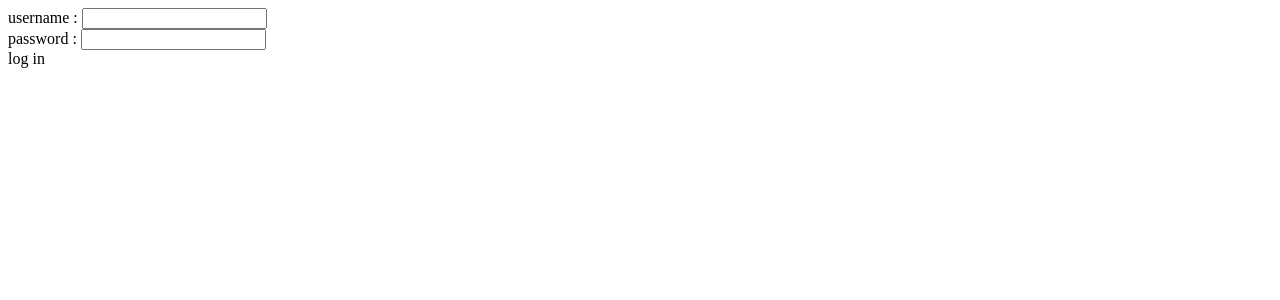
Repository: Aylin-NL/Webtech
Page: webtech1/WebContent/Login.html
An editor plug-in stored every save of this project. The page is shown before and after a run of saves, followed by the edit.
The browser window is 1280 px wide. The pictures show the whole page.

Above is the page before, as saved 2014-09-02 20:25:03.

After the next 2 saves:
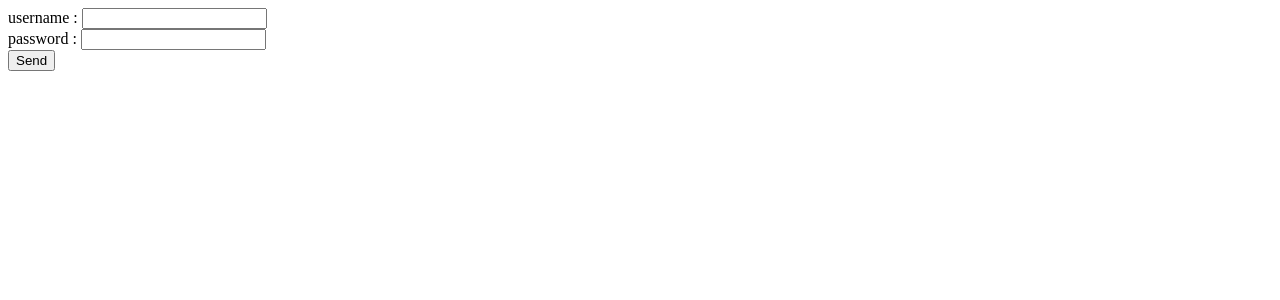
The 2 saves are shown as one change because they came seconds apart.
The last was saved 8 min 58 s later.
--- a/webtech1/WebContent/Login.html
+++ b/webtech1/WebContent/Login.html
@@ -12,7 +12,7 @@
 		</form>
 
 		<form action = /register method = post>
-		log in
+			<input type="submit" name="submit" value="Send">
 		</form>
 
 	</body>
